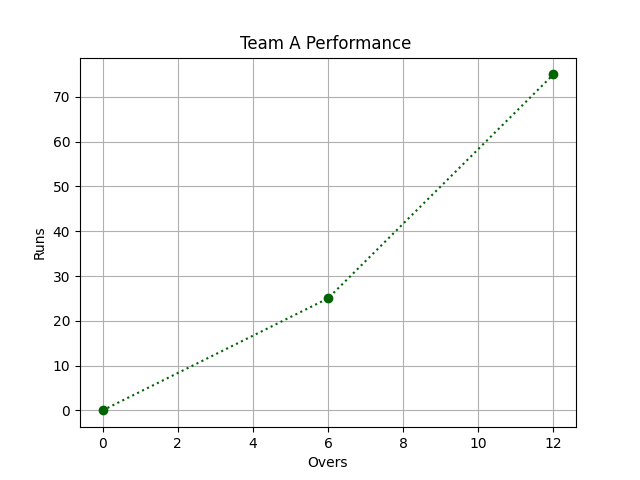
Repository: medenitunc/August-25-leanrning-Pyhton
Script's output: python Day02_05_Dv2.py
The author's editor kept a copy of each file at every save. The script's output is drawn from the files as they stood at one save, then again after the next save.
Random numbers start from a fixed seed.

Above is the script's output before, as saved 2025-11-27 09:39:08.

After the next save:
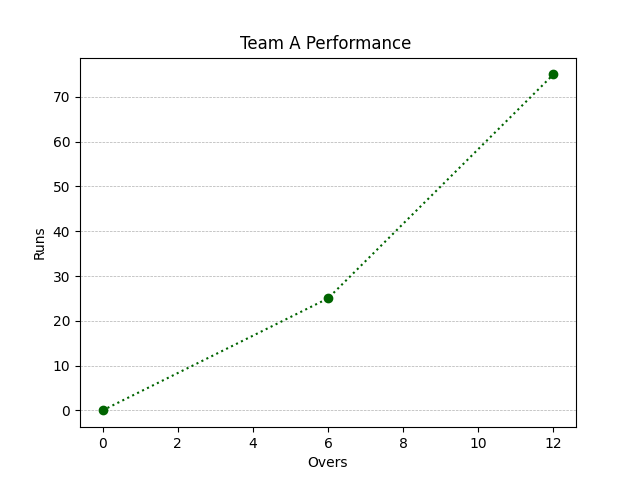
Saved 54 s later.
--- a/Day02_05_Dv2.py
+++ b/Day02_05_Dv2.py
@@ -11,5 +11,5 @@ plt.plot(xval, yval, color='darkgreen', marker='o', linestyle='dotted')
 plt.xlabel('Overs')
 plt.ylabel('Runs')
 plt.title('Team A Performance ')
-plt.grid()
+plt.grid(axis='y', linestyle='--', linewidth=0.5)
 plt.show()
